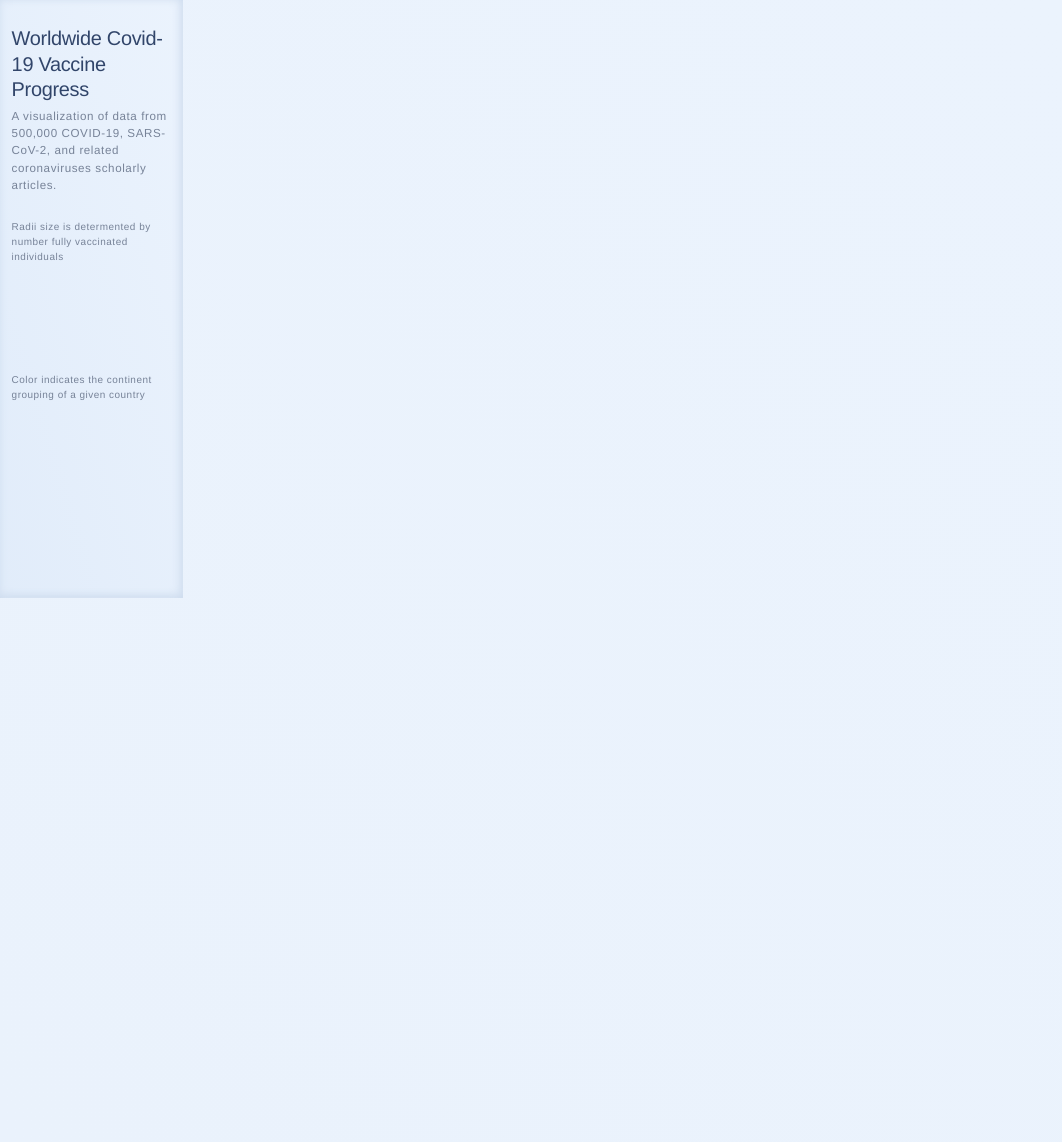
Repository: laurenharpole/May-Vaccine-Progress-Vis
Page: index.html
The author's editor kept a copy of each file at every save. The page is drawn from the files as they stood at one save, then again after the next save.
The browser window is 1280 px wide. The pictures show the whole page, at 83% of full size.
The page's requests for data from a server got no answer.

Above is the page before, as saved 2021-10-07 21:23:58.

### index.html
<!DOCTYPE html>
<html lang="en" dir="ltr">

  <head>

    <meta charset="utf-8">
    <script src="http://d3js.org/d3.v6.min.js" charset="utf-8"></script>
    <title>Project 1 Vaccine Visualization</title>
    <style>
      /* NOTE: CSS Styling Goes here */
      svg{
        margin-left: 130px;
        padding-right: 20px;
      }
      /* body background coloration */
      body {
        background-image: linear-gradient(to left bottom, #ebf3fd, #eaf2fc);
        margin: 0;
      }
      /* side navigation background coloration */
      .col-dash {
        background-image: linear-gradient(to left bottom, #ebf3fd, #e1ecfa);
        /* backgruond-color: #ebf3fe; */
        box-shadow: inset -2px -2px 10px 1px  #cedcee;
        flex-direction: column;
        height: 100vh;
        width: 220px;
        position: fixed;
        margin-left: 0px;
        margin-top: 0px;
        overflow: scroll;
      }
      .circle {
        filter:
        drop-shadow( 1px 1px 2px rgb(0,0,0,0.3));
        border: 31px solid transparent;
      }
      /* side dash header text */
      h1.dash-head{
        font-size: 24px;
        margin-left: 14px;
        margin-right: 8px;
        color: rgb(49,69,106,1.0);
        transform: none;
        white-space: normal;
        text-transform: none;
        text-align: left;
        white-space: normal;
        font-family: "Product Sans",Helvetica,Arial,sans-serif;
        letter-spacing: -.015em;
        line-height: 1.3;
        font-weight: 500;
        margin-top: 30px;
        margin-bottom: 20px;
      }
      /* side dash description text */
      p.dash-desc-p-head{
        font-size: 14px;
        margin-left: 14px;
        margin-right: 8px;
        font-family: "Product Sans",Helvetica,Arial,sans-serif;
        font-weight: 300;
        line-height: 1.5;
        letter-spacing: 0.05em;
        color: #778398;
        margin-top: -15px;

      }
      /* side dash description text */
      p.dash-desc-p{
        font-size: 12px;
        margin-left: 14px;
        margin-right: 8px;
        font-family: "Product Sans",Helvetica,Arial,sans-serif;
        font-weight: 300;
        line-height: 1.5;
        letter-spacing: 0.05em;
        color: #778398;
        margin-top: 30px;
      }
      /* first legend */
      #legend {
        margin-left: -82px;
        margin-top: -10px;
        margin-bottom: -20px;
      }
      /* second legend */
      #legend2 {
        margin-left: -82px;
        margin-top: -6px;
      }
      text {
        text-transform: none;
        text-align: right;
        font-family: "Product Sans",Helvetica,Arial,sans-serif;
        letter-spacing: 0.2em;
        text-transform: uppercase;
        font-size: 10px;
        font-weight: 600;
        width: 180px;
      }

      .tool-dots {
        white-space: normal;
        text-transform: none;
        text-align: left;
        white-space: normal;
        font-family: "Product Sans",Helvetica,Arial,sans-serif;
        letter-spacing: 0.2em;
        text-transform: uppercase;
        font-size: 60px;
        line-height: 1.25;
        font-weight: 600;
        background-color: #ebf3fd;
        padding-right: -5px;
        box-shadow: 5px 5px 16px rgb(0,0,0,0.13),
        -3px -3px 16px rgb(0,0,0,0.13);
        border-radius: 5px;
        padding-left:5px;
      }

      .tool-country {
        white-space: normal;
        text-transform: none;
        text-align: left;
        white-space: normal;
        font-family: "Product Sans",Helvetica,Arial,sans-serif;
        letter-spacing: 0.2em;
        text-transform: uppercase;
        font-size: 10px;
        color: #778398;
        line-height: 1;
        padding-left:27px;
        font-weight: 600;
      }

      .tool-info {
        font-size: 12px;
        margin-left: 14px;
        margin-right: 8px;
        font-family: "Product Sans",Helvetica,Arial,sans-serif;
        font-weight: 300;
        line-height: 1.5;
        letter-spacing: 0.05em;
        color: #778398;
        margin-top: 30px;
        display: block;
        background: none;
        box-shadow: inset 3px 3px 3px hsl(210, 8%, 85%),
        inset -3px -3px 3px rgb(255,255,255,0.6);
        border-radius: 5px;
        opacity: 0.9;
      }



    </style>
    <script src="https://d3js.org/d3.v6.min.js"></script>
  </head>

  <body>
  <div class="col-dash">

    <h1 class="dash-head"> Worldwide Covid-19 Vaccine Progress</h1>
    <!-- <h1 class="dash-desc"> Description</h1>
    <p class="dash-desc-p"> Color per continent stuff Color per continent stuff Color per continent stuff</p> -->
    <p class="dash-desc-p-head">  A visualization of data from
    500,000 COVID-19, SARS-CoV-2, and related coronaviruses scholarly articles.</p>
    <p class="dash-desc-p"> Radii size is determented by number fully vaccinated individuals</p>
    <div id="legend"></div>
    <p class="dash-desc-p"> Color indicates the continent grouping of a given country</p>
    <div id="legend2"></div>
  </div>
<div id="body">
<text id="label" ></text>
</div>
    <!-- NOTE: Setup HTML -->
    <div class="tooltip">
            <img alt="" />
            <div>
                <a></a>
                <span></span>
            </div>
        </div>
    <script>
// ################ Setup ################
//make responsive
const height = 500;
const width = 500;
d3.select("#label").raise();
canvas = d3.select("#body").append("svg").attr("viewBox", `-50 20 ${width} ${height}`).append('g').attr('transform', 'translate(' + width / 2 + ',' + height / 2 + ')');
//sizeLeg = d3.select("#sizeleg").append("svg");
//.attr("viewBox", `-30 50 ${width} ${height}`).append('g').attr('transform', 'translate(' + width / 2 + ',' + height / 2 + ')');
sizeLeg = d3.select("#legend").append("svg").attr("width", 300).attr("height", 115);
colLeg = d3.select("#legend2").append("svg").attr("width", 300).attr("height", 250);
tool = d3.select("#label").append("svg").attr("width", 300).attr("height", 220);
// ############ Begin Promise ############
//Start of code
//https://raw.githubusercontent.com/owid/covid-19-data/master/public/data/vaccinations/vaccinations.csv
d3.csv("https://raw.githubusercontent.com/owid/covid-19-data/master/public/data/owid-covid-data.csv").then((dataraw) => {
  var maxRadius = height*0.06;
  var padding = 1.5;
  var clusterPadding = 6;
  var today = new Date();
  var dd = String(today.getDate()).padStart(2, '0')-1;
  var mm = String(today.getMonth() + 1).padStart(2, '0'); //January is 0!
  var yyyy = today.getFullYear();
  console.log(mm);
  today = String(yyyy + "-" + mm +  "-" + dd);



  var data = dataraw.filter(function(d)
  {
    //
    //2021-10
    // if(String(d["date"]) == today){

    //   console.log("yes")
   // console.log(String(d["date"]).includes(mm));
    // }
     if(String(d["date"]).includes(mm) && String(d["date"]).includes(dd)){
     // console.log(d["date"])
  //  console.log(today);
    //   console.log(d["date"]);
    // }
    if(d["location"] != ""|| d["location"] != d["continent"]){
    //d["location"] != "European Union"  || d["location"] != "Europe" || d["location"] != "North America" || d["location"] != "South America" || d["location"] != "Oceania" || d["location"] != "World"){

        return d;
      }
      if(d["continent"] != "" || d["continent"] != NULL){

        return d;
      }
      if(d["people_fully_vaccinated"] == ""){
      //  d["people_fully_vaccinated"] = "45";
        return d;
      }
      if(d["total_cases"] == ""){

        return d["total_cases"] += "N/A";
      }

    console.log(d["total_cases"]);
     }
  });
  //console.log(data);
  clusters = new Array(6);
  //a radius scale to balence the sizes of the bubbles
  let radScale = d3.scaleLinear().domain(d3.extent(data, function(d) { return +d.people_fully_vaccinated;} )).range([4, maxRadius]);
  let gradientScale = d3.scaleOrdinal().range([ "#ffcb8e","#ff87a6", "#00b31b", "#cf0270", "#ff884a", "#67a2fa"])
  //make all the nodes for this bubble chart
  let nodes = [...new Set(data.map((d) => {
    // scale radius to fit on the screen
  let scaledRadius  = radScale(+d.people_vaccinated),
        forcedCluster = d.continent;
    // add cluster id and radius to array
    d = {
      cluster     : forcedCluster, //group by continent
      r           : scaledRadius, //radius is made via scaledRadius
      name       : d.location,
      continent   : d.continent,
      vacc   : d.people_vaccinated,
      full_vacc   : d.people_fully_vaccinated,
      cases   : d.total_cases,
      color   : gradientScale
    };
    // add to clusters array if it doesn't exist or the radius is larger than another radius in the cluster
    if (!clusters[forcedCluster] || (scaledRadius > clusters[forcedCluster].r) ) clusters[forcedCluster] = d;
    console.log(d);
    return d;
  }))];
//console.log(nodes);
  let rad = {};
  rad[0] = d3.mean(nodes, function(d) { return (+d.r)} );
  rad[1] = d3.max(nodes, function(d) { return (+d.r)} )/2;
  rad[2] = d3.max(nodes, function(d) { return (+d.r)} );
  let vacc = {};
  vacc[0] = d3.min(nodes, function(d) { return (Number(+d.vacc))} );
  vacc[1] = d3.max(nodes, function(d) { return Number(+d.vacc)/2} );
  vacc[2] = d3.max(nodes, function(d) { return (Number(+d.vacc))} );
 let radScal = d3.scaleLinear().domain(rad).range([0, 10]);
  for(var i = 2; i >= 0; i--){
    sizeLeg.append('circle')
    .attr('cx', 55)
    .attr('cy', 113- 0.75*rad[i])
    .attr('r', Number(rad[i])*0.75)
    .attr('stroke', '#828fa6')
    .style("class", "circles")
    .attr("stroke-dasharray",'1.28px')
    .attr('fill', 'none');
    sizeLeg.append('text')
    .attr('x', 100)
    .attr('y', 118- 1.55*rad[i])
    .attr("fill", "rgb(66,92,140,1.0)")
    .text(d3.format(',')(Number(vacc[i])));
    sizeLeg.append('line')
    .attr('x1', 53)
    .attr('x2', 98)
    .attr('y1', 115- 1.55*rad[i])
    .attr('y2', 115- 1.55*rad[i])
    .attr('stroke', "#8997b0")
    .attr("stroke-width", "0.5px");
  }
  // console.log(rad);
        // Define the gradient
        var gradientb = canvas.append("svg:defs")
            .append("canvas:linearGradient")
            .attr("id", "gradientb")
            .attr("x1", "0%")
            .attr("y1", "0%")
            .attr("x2", "100%")
            .attr("y2", "100%")
            .attr("spreadMethod", "pad");
        // Define the gradient colors
        gradientb.append("canvas:stop")
            .attr("offset", "0%")
            .attr("stop-color", "#67a2fa")
            .attr("stop-opacity", 1);
        gradientb.append("canvas:stop")
            .attr("offset", "100%")
            .attr("stop-color", "#69c9fb")
            .attr("stop-opacity", 1);
        // Define the gradient
        var gradiento = canvas.append("canvas:defs")
            .append("canvas:linearGradient")
            .attr("id", "gradiento")
            .attr("x1", "0%")
            .attr("y1", "0%")
            .attr("x2", "100%")
            .attr("y2", "100%")
            .attr("spreadMethod", "pad");
        // Define the gradient colors
        gradiento.append("canvas:stop")
            .attr("offset", "0%")
            .attr("stop-color", "#ff884a")
            .attr("stop-opacity", 1);
        gradiento.append("canvas:stop")
            .attr("offset", "100%")
            .attr("stop-color", "#ffac56")
            .attr("stop-opacity", 1);
        // Define the gradient
        var gradientp = canvas.append("canvas:defs")
            .append("canvas:linearGradient")
            .attr("id", "gradientp")
            .attr("x1", "0%")
            .attr("y1", "0%")
            .attr("x2", "100%")
            .attr("y2", "100%")
            .attr("spreadMethod", "pad");
        // Define the gradient colors
        gradientp.append("canvas:stop")
            .attr("offset", "10%")
            .attr("stop-color", "#ff87a6")
            .attr("stop-opacity", 1);
        gradientp.append("canvas:stop")
            .attr("offset", "100%")
            .attr("stop-color", "#f284cb")
            .attr("stop-opacity", 1);
        // Define the gradient
        var gradientm = canvas.append("canvas:defs")
            .append("canvas:linearGradient")
            .attr("id", "gradientm")
            .attr("x1", "0%")
            .attr("y1", "0%")
            .attr("x2", "100%")
            .attr("y2", "100%")
            .attr("spreadMethod", "pad");
        // Define the gradient colors
        gradientm.append("canvas:stop")
            .attr("offset", "10%")
            .attr("stop-color", "#cf0270")
            .attr("stop-opacity", 1);
        gradientm.append("canvas:stop")
            .attr("offset", "100%")
            .attr("stop-color", "#ff4f99")
            .attr("stop-opacity", 1);
        var gradientc = canvas.append("canvas:defs")
            .append("canvas:linearGradient")
            .attr("id", "gradientc")
            .attr("x1", "0%")
            .attr("y1", "0%")
            .attr("x2", "100%")
            .attr("y2", "100%")
            .attr("spreadMethod", "pad");
        // Define the gradient colors
        gradientc.append("canvas:stop")
            .attr("offset", "10%")
            .attr("stop-color", "#ffcb8e")
            .attr("stop-opacity", 1);
        gradientc.append("canvas:stop")
            .attr("offset", "100%")
            .attr("stop-color", "#ffe79e")
            .attr("stop-opacity", 1);
        var gradientg = canvas.append("canvas:defs")
            .append("canvas:linearGradient")
            .attr("id", "gradientg")
            .attr("x1", "0%")
            .attr("y1", "0%")
            .attr("x2", "100%")
            .attr("y2", "100%")
            .attr("spreadMethod", "pad");
        // Define the gradient colors
        gradientg.append("canvas:stop")
            .attr("offset", "10%")
            .attr("stop-color", "#00b31b")
            .attr("stop-opacity", 1);
        gradientg.append("canvas:stop")
            .attr("offset", "100%")
            .attr("stop-color", "#27d539")
            .attr("stop-opacity", 1);
        var tool = d3.select("body")
            .append("div")
            .data(nodes)
            .style("position", "absolute")
            .attr('class', "tool")
            .style("z-index", "10")
            .style("visibility", "hidden")
  //color discerning
  var gradients =[ "#gradientm","#gradientb", "#gradiento", "#gradientg", "#gradientp", "#gradientc"];
  var continents = ["Asia", "Europe", "Africa", "North America", "South America", "Oceania"];
  var z = d3.scaleOrdinal().domain(continents).range(gradients);
        var tooltip = d3.select("body")
            .append("div")
            .data(nodes)
            .style("position", "absolute")
            .attr('class', "tool-dots")
            .style("z-index", "10")
            .style("visibility", "hidden");
        var tooltip1 = d3.select("body")
            .append("div")
            .data(nodes)
            .style("position", "absolute")
            .attr('class', "tool-country")
            .style("z-index", "10")
            .style("visibility", "hidden");
        var tooltip2 = d3.select("body")
            .append("div")
            .data(nodes)
            .style("position", "absolute")
            .attr('class', "tool-info")
            .style("z-index", "10")
            .style("visibility", "hidden");
        var tooltip3 = d3.select("body")
            .append("div")
            .data(nodes)
            .style("position", "absolute")
            .attr('class', "tool-info")
            .style("z-index", "10")
            .style("visibility", "hidden");
        var tooltip4 = d3.select("body")
            .append("div")
            .data(nodes)
            .style("position", "absolute")
            .attr('class', "tool-info")
            .style("z-index", "10")
            .style("visibility", "hidden");
  //make the bubbles
  for(var i = 5; i >= 0; i--){

    colLeg.append('circle')
    .attr('cx', 10)
    .datum(nodes)
    .attr('cy', 20*i+11)
    .attr('r', 3.5)
    .attr('fill', d => 'url(' +gradients[i]+')');
    colLeg.append('text')
    .attr('x', 30)
    .attr('y', 20*i+15)
    .attr("fill", "rgb(66,92,140,1.0)")
    .text(continents[i]);
  }
  popExtent = new Set (data.map(d => d.continent));
  labelExtent = d3.extent(nodes, d => d.cluster);
  var colors = [ "#cf0270","#67a2fa", "#ff884a", "#00b31b", "#ff87a6", "#ffcb8e"];
  //for coloring the bubbles

  let bubbles = canvas.append("g")
    .datum(nodes)
    .selectAll('.circle')
      //add styling, placement and force attributes
      .data(d => d)
      .enter().append('circle')
      .attr("class", "circle")
      .attr("r", d => d.r)
      .attr("label", d => d.cluster)
      .attr("name", d => d.name)
      .attr("vacc", d => d.vacc)
      .attr("cases", d => d.cases)
      .attr('fill', d => 'url(' + z(d.cluster)+')')
      .call(d3.drag()
            .on("start", dragstarted)
            .on("drag", dragged)
            .on("end", dragended))
      bubbles.on("mouseover", function () {
        var tools = d3.select(this).attr("label") + "\n" + "Name: " + d3.select(this).attr("name") + "\n" + "Fully Vacc: " + d3.select(this).attr("vacc")+ "Total Cases: " + d3.select(this).attr("cases");
        var tips = tools.split("\n");
        d3.select(this)
        .transition().duration(100)
        .attr("r", d => d.r+13)
        //get the color for the labelings
        var currColorIdx = continents.indexOf(d3.select(this).attr("label"));
        var currColor = colors[currColorIdx];
        tooltip.text('•').style("color", currColor)
        tooltip1.text(d3.select(this).attr("label"))
        tooltip2.text("Country: "+d3.select(this).attr("name"))
        tooltip3.text("Fully Vaccinated: "+d3.format(",.0f")(d3.select(this).attr("vacc")))
        tooltip4.text("Total Cases: "+(d3.select(this).attr("cases")))
        var mouseX = event.pageX;
        //name and container
        var width = 235;
        var height = 150;
        var rowheight = 20;
        //metrics
        tooltip.style("visibility", "visible");
        tooltip.style("top", (event.pageY-25)+"px").style("left",(mouseX+19)+"px").style("width", " "+width+ ""+ "px").style("height", ""+height+ ""+ "px").style("padding-top", "-4px");
        //metrics
        tooltip1.style("visibility", "visible");
        tooltip1.style("top", (event.pageY)+"px").style("left",(mouseX+19)+"px").style("width", " "+width+ ""+ "px").style("height", ""+height+ ""+ "px").style("padding-top", "4px");
        //metrics
        tooltip2.style("visibility", "visible");
        tooltip2.style("top", (event.pageY+20)+"px").style("left",(mouseX+20)+"px").style("width", " "+width-20+ "" + "px").style("height", ""+rowheight+ ""+ "px").style("margin", "7px").style("padding-left", "7px").style("padding-top", "4px").style("margin-bottom", "7px");
        //metrics
        tooltip3.style("visibility", "visible");
        tooltip3.style("top", (event.pageY+50)+"px").style("left",(mouseX+19)+"px").style("width", " "+width-20+ "" + "px").style("height", ""+rowheight+ ""+ "px").style("margin", "9px").style("padding-left", "7px").style("padding-top", "4px");
        //metrics
        tooltip4.style("visibility", "visible");
        tooltip4.style("top", (event.pageY+83)+"px").style("left",(mouseX+19)+"px").style("width", " "+width-20+ "" + "px").style("height", ""+rowheight+ ""+ "px").style("margin", "9px").style("padding-left", "7px").style("padding-top", "4px");
      })
      bubbles.on("mouseout", function() {
                //hide it now
                tooltip.style("visibility", "hidden");
                tooltip1.style("visibility", "hidden");
                tooltip2.style("visibility", "hidden");
                tooltip3.style("visibility", "hidden");
                tooltip4.style("visibility", "hidden");
                 d3.select(this)
                  .transition().duration(100)
                  .attr("r", d => d.r)
       });
  // create the clustering/collision force simulation
  let simulation = d3.forceSimulation(nodes)
      .velocityDecay(0.1)
      .force("x", d3.forceX().strength(.008))
      .force("center", d3.forceCenter().x(0).y(0)) // Attraction to the center of the svg area
      .force("collide", d3.forceCollide().strength(.1).radius(function(d){ return d.r + 2.65; }).iterations(1))
      .force("y", d3.forceY().strength(.004))
      .force("cluster", clustering)
      .on("tick", ticked);
  function ticked() {
      bubbles
          .attr('cx', (d) => d.x)
          .attr('cy', (d) => d.y);
  }
  function Open(){
    sizeLeg.style("visibility", "hidden");
    colLeg.style("visibility", "hidden");
    var tooltip1 = d3.select("body")
            .append("div")
            .data(nodes)
            .style("position", "absolute")
            .attr('class', "tool-country")
            .style("z-index", "10")
            .style("visibility", "hidden");
    //tooltip2.style("visibility", "hidden");
    //tooltip3.style("visibility", "hidden");
    //tooltip4.style("visibility", "hidden");
  }
  // Drag functions used for interactivity
  function dragstarted(d) {
    if (!d3.event.active) simulation.alphaTarget(0.3).restart();
    d.fx = d.x;
    d.fy = d.y;
  }
  function dragged(d) {
    d.fx = d3.event.x;
    d.fy = d3.event.y;
  }
  function dragended(d) {
    if (!d3.event.active) simulation.alphaTarget(0);
    d.fx = null;
    d.fy = null;
  }
  // These are implementations of the custom forces.
  function clustering(alpha) {
        nodes.forEach(function(d) {
          var cluster = clusters[d.cluster];
          if (cluster === d) return;
          var x = d.x - cluster.x,
              y = d.y - cluster.y,
              l = Math.sqrt(x * x + y * y),
              r = d.r + cluster.r;
          if (l !== r) {
            l = (l - r) / l * alpha;
            d.x -= x *= l;
            d.y -= y *= l;
            cluster.x += x;
            cluster.y += y;
          }
        });
    }
// Resolves collisions between d and all other circles.
function collide(alpha) {
  var quadtree = d3.geom.quadtree(nodes);
  return function(d) {
    var r = d.radius + maxRadius + Math.max(padding, clusterPadding),
        nx1 = d.x - r,
        nx2 = d.x + r,
        ny1 = d.y - r,
        ny2 = d.y + r;
    quadtree.visit(function(quad, x1, y1, x2, y2) {
      if (quad.point && (quad.point !== d)) {
        var x = d.x - quad.point.x,
            y = d.y - quad.point.y,
            l = Math.sqrt(x * x + y * y),
            r = d.radius + quad.point.radius + (d.cluster === quad.point.cluster ? padding : clusterPadding);
        if (l < r) {
          l = (l - r) / l * alpha;
          d.x -= x *= l;
          d.y -= y *= l;
          quad.point.x += x;
          quad.point.y += y;
        }
      }
      return x1 > nx2 || x2 < nx1 || y1 > ny2 || y2 < ny1;
    });
  };
}
});

// These are implementations of the custom forces.
 //d3.request("https://covid.ourworldindata.org/data/owid-covid-data.csv")
 //  .mimeType("text/csv")
 //  .get(callback);
  // .response(function(xhr) { return console.log(d3.csvParse(xhr.responseText, row)); })
 </script>
  </body>
</html>

After the next save:
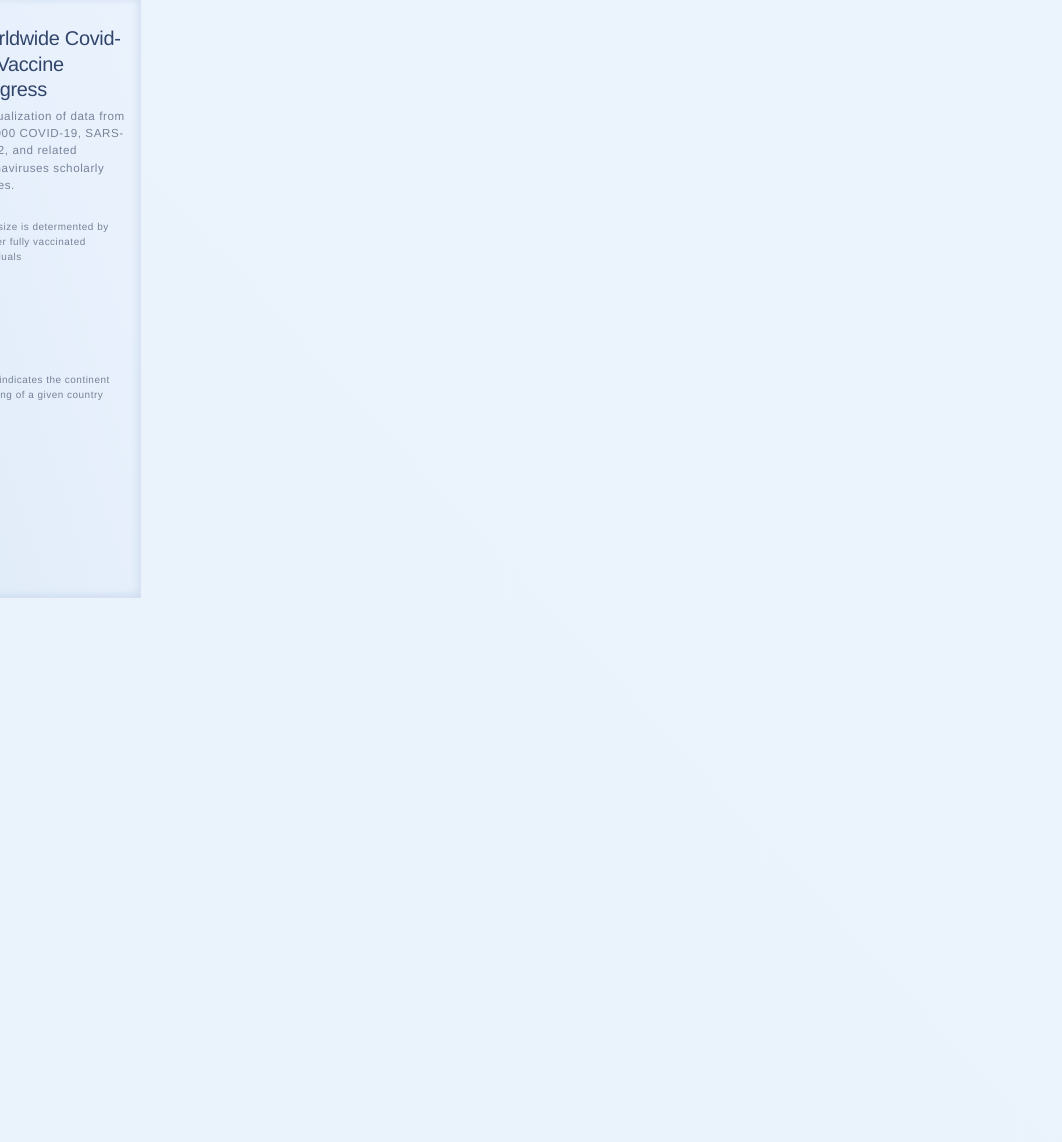
Saved 29 s later.
--- a/index.html
+++ b/index.html
@@ -26,7 +26,7 @@
         height: 100vh;
         width: 220px;
         position: fixed;
-        margin-left: 0px;
+        margin-left: -50px;
         margin-top: 0px;
         overflow: scroll;
       }
